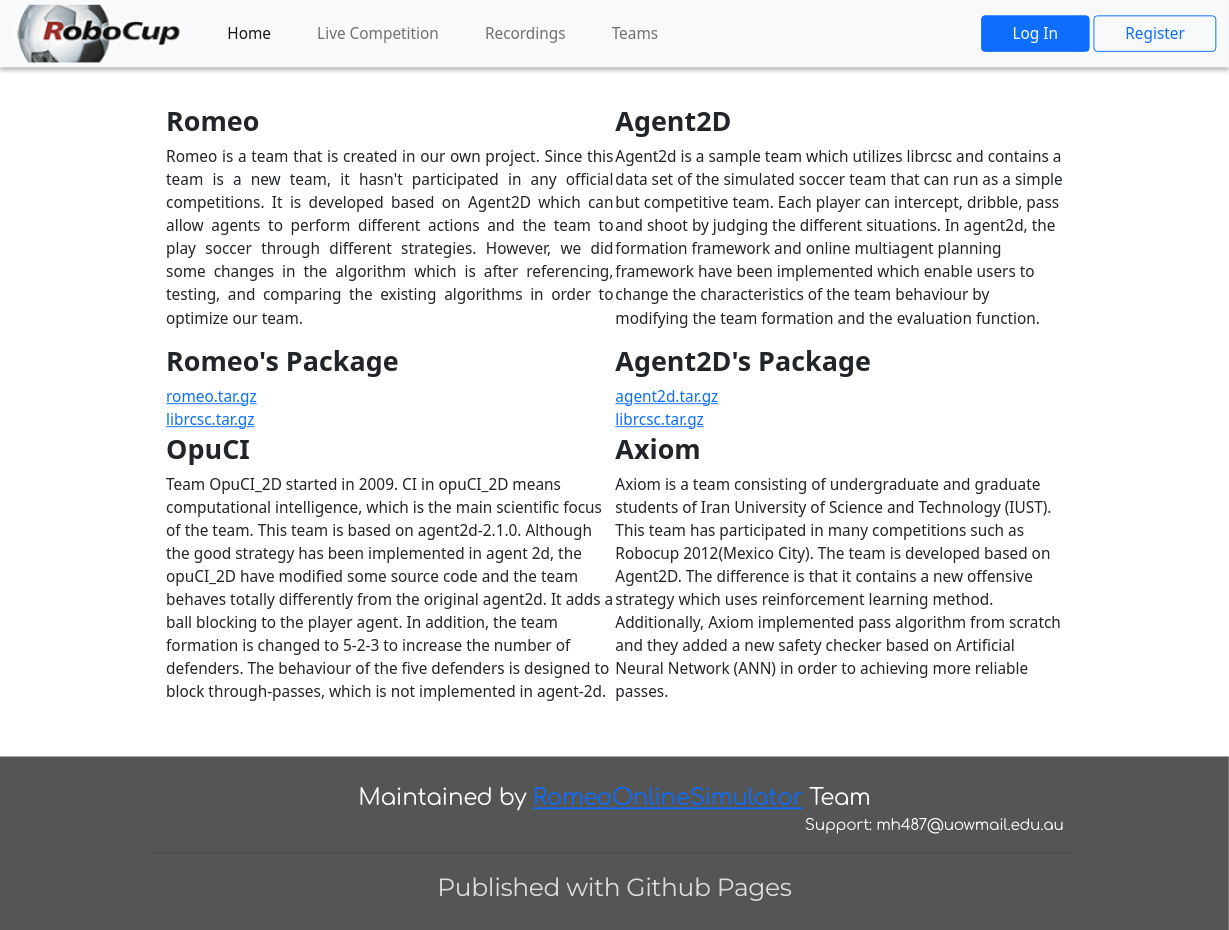
Repository: romeoonlinesim/romeoonlinesim.github.io
Page: teams.html
These files come from the project's save history. The page is drawn as it stood at one moment and after the next save; the edit follows.
The browser window is 1280 px wide. The pictures show the whole page, at 96% of full size.

Above is the page before, as saved 2021-05-18 20:39:44.

After the next save:
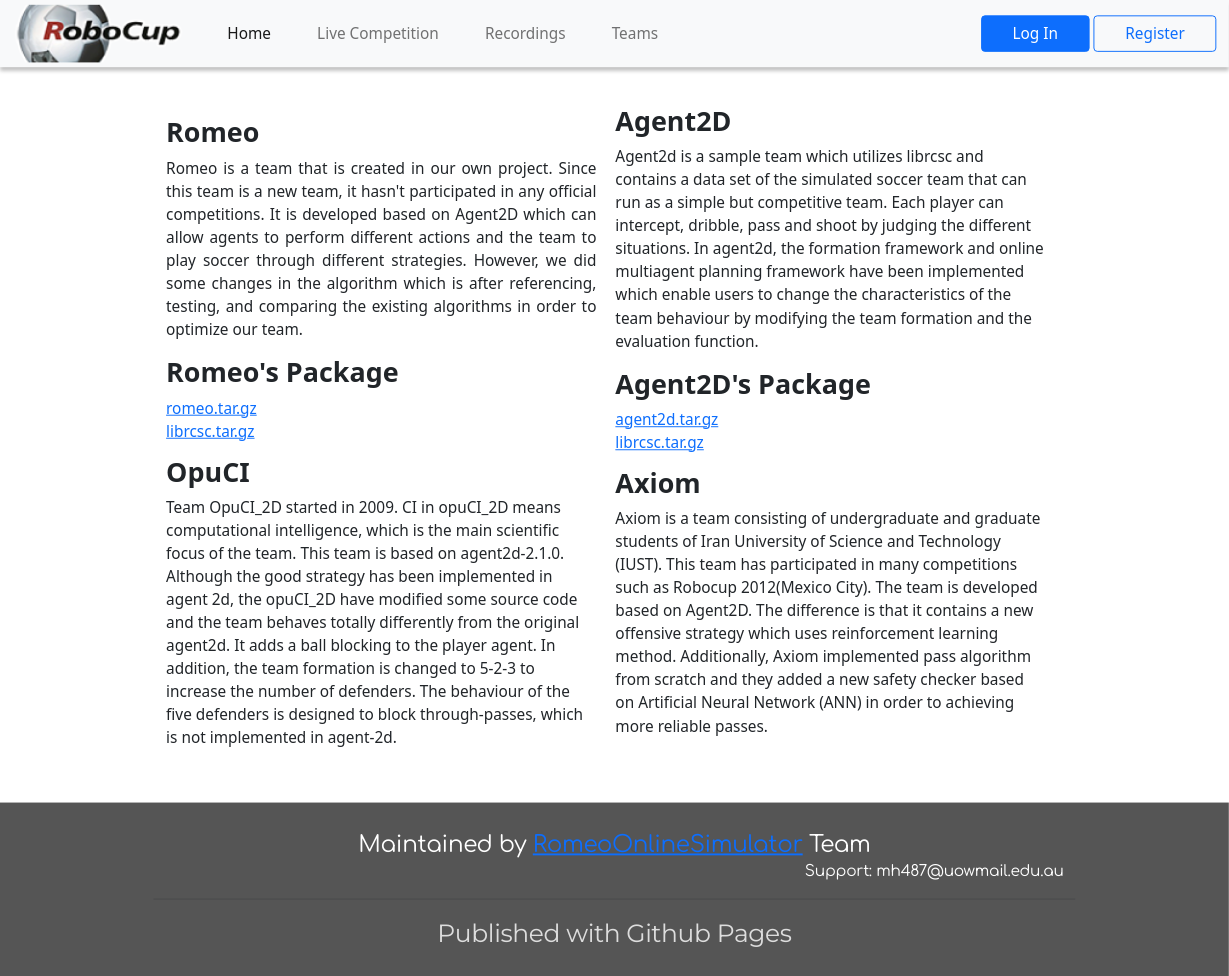
Saved 16 s later.
--- a/teams.html
+++ b/teams.html
@@ -131,10 +131,7 @@
 
         td {
             width: 50%;
-        }
-
-        td:nth-col {
-            padding-right: 2%;
+            padding-right:2%;
         }
 
         .links {
